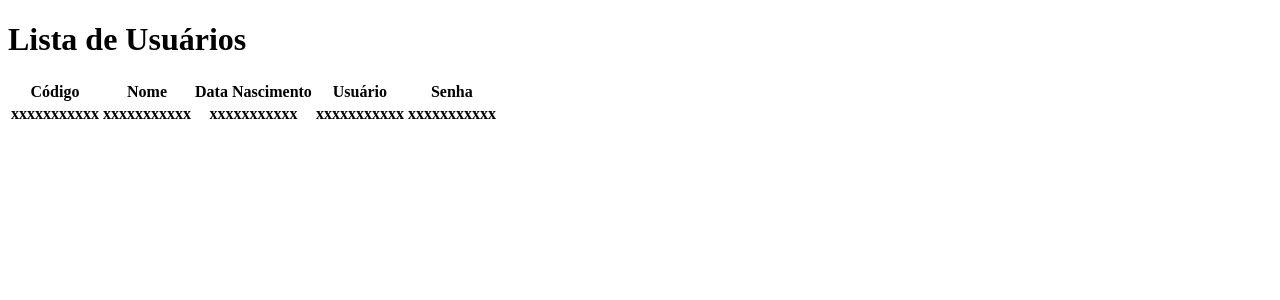
Repository: HigorRoc/Uninove_2021.1_AplicacaoWebQuarta
Page: http://localhost/usersManager/formMostraUsuarios.jsp
The author's editor kept a copy of each file at every save. The page is drawn from the files as they stood at one save, then again after the next save.
The browser window is 1280 px wide. The pictures show the whole page.
The page is served by Tomcat 9.

Above is the page before, as saved 2021-05-20 00:13:32.

After the next save:
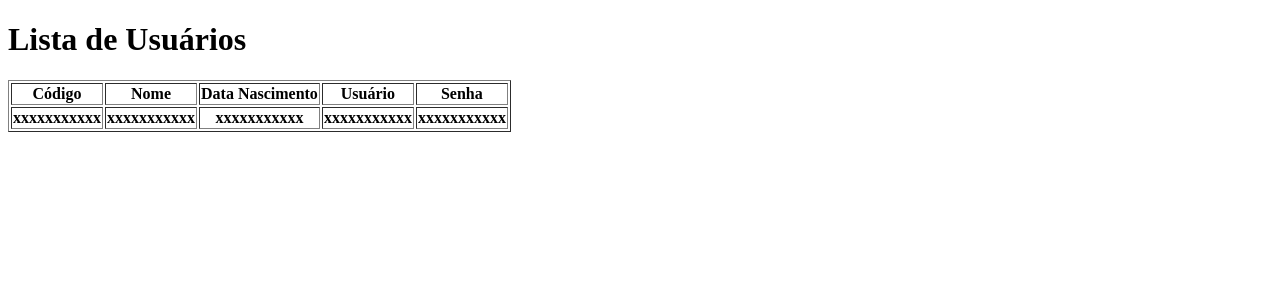
Saved 5 s later.
--- a/usersManager/WebContent/formMostraUsuarios.jsp
+++ b/usersManager/WebContent/formMostraUsuarios.jsp
@@ -9,7 +9,7 @@
 	</head>
 	<body>
 		<h1>Lista de Usuários</h1>
-		<table b>
+		<table border="1">
 			<thead>
 				<tr>
 					<th>Código</th>
